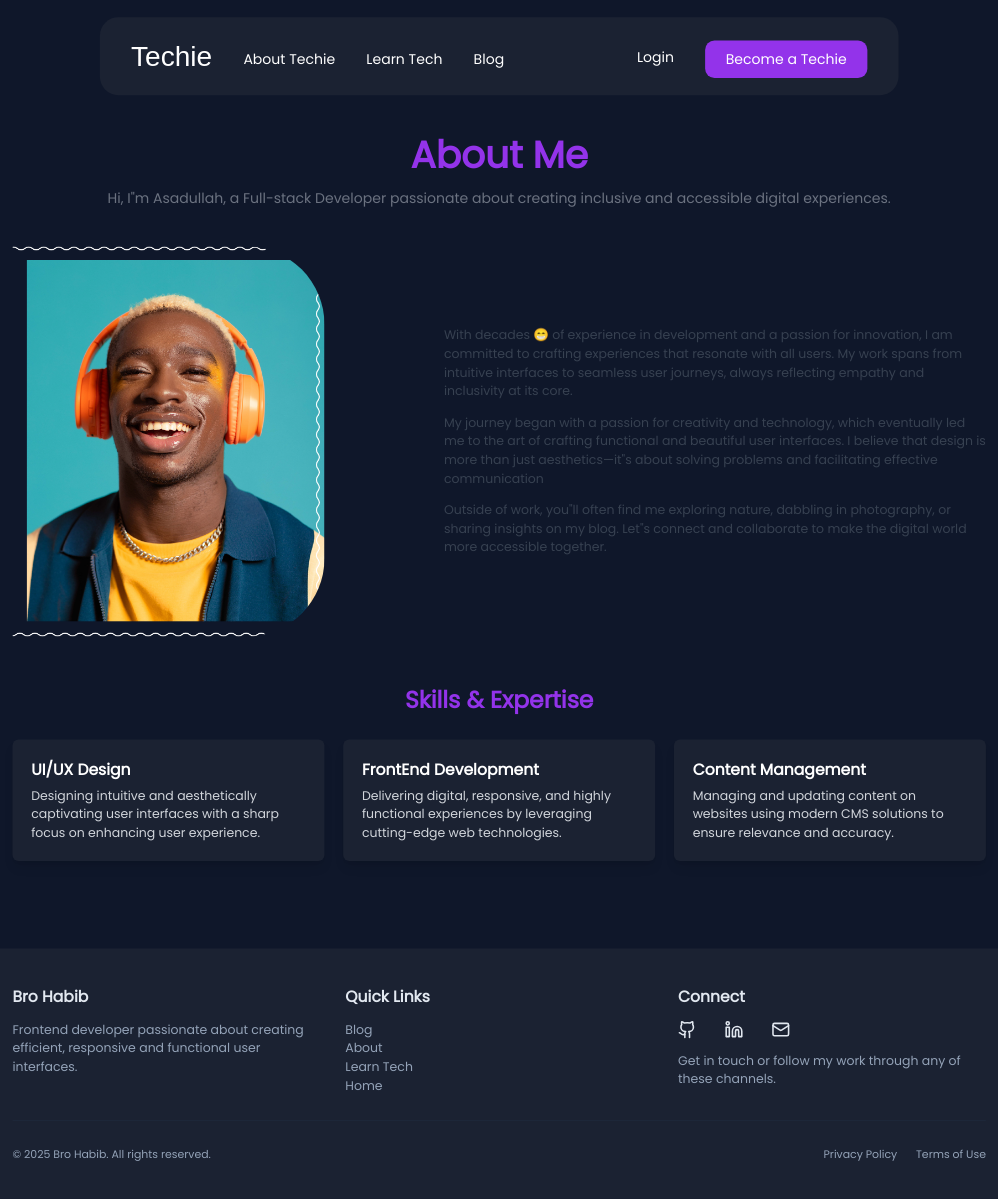
Repository: asadullah48/data-fetch
Page: /about
An editor plug-in stored every save of this project. The page is shown before and after the next save, followed by the edit.
The browser window is 1280 px wide. The pictures show the whole page, at 78% of full size.
Some web fonts or font styles are not loaded; a fallback is used. The project was rebuilt for these pictures with package versions that can differ from the ones it lists, and the page was loaded fresh each time. The framework's server and built-in components were replaced by stand-ins that run in the browser. Also part of the build but not shown: next.config.mjs.

Above is the page before, as saved 2025-01-15 12:41:15.

### src/app/layout.tsx
import type { Metadata } from "next";
import localFont from "next/font/local";
import "./globals.css";
import Navbar from "@/components/Navbar";
import { Poppins } from "next/font/google"
import Footer from "@/components/Footer";


const poppins = Poppins({
  subsets: ['latin'],
  weight: '400'
})

const geistSans = localFont({
  src: "./fonts/GeistVF.woff",
  variable: "--font-geist-sans",
  weight: "100 900",
});
const geistMono = localFont({
  src: "./fonts/GeistMonoVF.woff",
  variable: "--font-geist-mono",
  weight: "100 900",
});

export const metadata: Metadata = {
  title: "Data Fetching",
  description: "Data Fetching in a CSR and SSR",
};

export default function RootLayout({
  children,
}: Readonly<{
  children: React.ReactNode;
}>) {
  return (
    <html lang="en">
      <body
        className={`${geistSans.variable} ${geistMono.variable} ${poppins.className} bg-[#0f172a] text-white antialiased overflow-x-hidden`}
      >
        <Navbar />
        {children}
        <Footer/>
      </body>
    </html>
  );
}

### src/app/about/page.tsx
'use client';

import Image from "next/image";

export default function About() {
    return (
        <div className="container mx-auto px-4 py-8">
            <div className="text-center mb-12">
                <h1 className="text-5xl font-bold text-[#9333EA]">About Me</h1>
                <p className="text-lg text-gray-500 mt-4">
                    Hi, I&quot;m Asadullah, a Full-stack Developer passionate about creating inclusive and accessible digital experiences.
                </p>
            </div>

            <div className="flex flex-col sm:flex-row gap-8 juctify-center items-center">
                {/* Profile Image */}
                <div className="relative w-screen align-middle md:w-1/2 h-[500px] overflow-hidden">
                    <div className="w-screen align-middle rounded-[0_50px_0_50px]  overflow-hidden ">
                        {/* Using placeholder API for demo - replace src with your actual image URL */}
                        <Image
                            src="/images/myImg.jpeg"
                            width={1000}
                            height={1000}
                            alt="Professional portrait"
                            className="w-[400px] h-[500px] object-cover md:rounded-[0_100px_100px_0] absolute left-0"
                        />
                    </div>
                </div>

                {/* Description */}
                <div className="w-full md:w-2/3 text-center md:text-left">
                    <p className="text-gray-700 mb-4">
                        With decades 😁 of experience in development and a passion for innovation, I am committed to crafting experiences
                        that resonate with all users. My work spans from intuitive interfaces to seamless user journeys,
                        always reflecting empathy and inclusivity at its core.
                    </p>
                    <p className="text-gray-700 mb-4">
                    My journey began with a passion for creativity and technology, which eventually led me to the art of crafting functional and beautiful
                     user interfaces. I believe that design is more than just aesthetics—it&quot;s about solving problems and facilitating effective communication
                    </p>
                    <p className="text-gray-700">
                    Outside of work, you&quot;ll often find me exploring nature, dabbling in photography, or sharing insights on my blog.
                    Let&quot;s connect and collaborate to make the digital world more accessible together.

                    </p>
                </div>
            </div>

            {/* Skills Section */}
            <div className="mt-16">
                <h2 className="text-3xl font-bold text-[#9333EA] text-center mb-8">Skills & Expertise</h2>

                <div className="grid grid-cols-1 md:grid-cols-3 gap-6">

                    <div className="bg-[#1b2232] text-white rounded-lg shadow-lg p-6">
                        <h3 className="text-xl font-semibold mb-2">UI/UX Design</h3>
                        <p className="text-gray-300">
                        Designing intuitive and aesthetically captivating user interfaces with a sharp focus on enhancing user experience.
                        </p>
                    </div>
                    <div className="bg-[#1b2232] text-white rounded-lg shadow-lg p-6">
                        <h3 className="text-xl font-semibold mb-2">FrontEnd Development</h3>
                        <p className="text-gray-300">
                        Delivering digital, responsive, and highly functional experiences by leveraging cutting-edge web technologies.
                        </p>
                    </div>

                    <div className="bg-[#1b2232] text-white rounded-lg shadow-lg p-6">
                        <h3 className="text-xl font-semibold mb-2">Content Management</h3>
                        <p className="text-gray-300">
                            Managing and updating content on websites using modern CMS solutions to ensure relevance and accuracy.
                        </p>
                    </div>
                </div>
            </div>
        </div>
    );
}

### src/app/globals.css
@tailwind base;
@tailwind components;
@tailwind utilities;

body {
  font-family: Arial, Helvetica, sans-serif;
}

@layer utilities {
  .text-balance {
    text-wrap: balance;
  }
}

@layer base {
  :root {
    --background: 0 0% 100%;
    --foreground: 20 14.3% 4.1%;
    --card: 0 0% 100%;
    --card-foreground: 20 14.3% 4.1%;
    --popover: 0 0% 100%;
    --popover-foreground: 20 14.3% 4.1%;
    --primary: 24 9.8% 10%;
    --primary-foreground: 60 9.1% 97.8%;
    --secondary: 60 4.8% 95.9%;
    --secondary-foreground: 24 9.8% 10%;
    --muted: 60 4.8% 95.9%;
    --muted-foreground: 25 5.3% 44.7%;
    --accent: 60 4.8% 95.9%;
    --accent-foreground: 24 9.8% 10%;
    --destructive: 0 84.2% 60.2%;
    --destructive-foreground: 60 9.1% 97.8%;
    --border: 20 5.9% 90%;
    --input: 20 5.9% 90%;
    --ring: 20 14.3% 4.1%;
    --chart-1: 12 76% 61%;
    --chart-2: 173 58% 39%;
    --chart-3: 197 37% 24%;
    --chart-4: 43 74% 66%;
    --chart-5: 27 87% 67%;
    --radius: 0.5rem;
  }
  .dark {
    --background: 20 14.3% 4.1%;
    --foreground: 60 9.1% 97.8%;
    --card: 20 14.3% 4.1%;
    --card-foreground: 60 9.1% 97.8%;
    --popover: 20 14.3% 4.1%;
    --popover-foreground: 60 9.1% 97.8%;
    --primary: 60 9.1% 97.8%;
    --primary-foreground: 24 9.8% 10%;
    --secondary: 12 6.5% 15.1%;
    --secondary-foreground: 60 9.1% 97.8%;
    --muted: 12 6.5% 15.1%;
    --muted-foreground: 24 5.4% 63.9%;
    --accent: 12 6.5% 15.1%;
    --accent-foreground: 60 9.1% 97.8%;
    --destructive: 0 62.8% 30.6%;
    --destructive-foreground: 60 9.1% 97.8%;
    --border: 12 6.5% 15.1%;
    --input: 12 6.5% 15.1%;
    --ring: 24 5.7% 82.9%;
    --chart-1: 220 70% 50%;
    --chart-2: 160 60% 45%;
    --chart-3: 30 80% 55%;
    --chart-4: 280 65% 60%;
    --chart-5: 340 75% 55%;
  }
}

@layer base {
  * {
    @apply border-border;
  }
  body {
    @apply bg-background text-foreground;
  }
}

### src/components/Navbar.tsx
"use client"
import { useState } from 'react';
import { Agbalumo } from "next/font/google"
import Link from "next/link"

const agbalumo = Agbalumo({
    subsets: ['latin'],
    weight: '400'
})


export default function Navbar() {
    const [isMenuOpen, setIsMenuOpen] = useState(false);

    const toggleMenu = () => setIsMenuOpen(!isMenuOpen);

    return (
        <div className="h-[144px] w-screen flex justify-center items-center">
            <div className="h-[100px] w-full relative md:w-[80%] md:rounded-3xl bg-[#1b2232] text-white flex justify-between items-center px-10">
                {/* Logo and Links */}
                <div className="flex justify-center items-center gap-10">
                <Link href={"/"}>
                    <h1 className={`${agbalumo.className} text-4xl`}>Techie</h1>
                </Link>

                    <div className="hidden lg:flex gap-10">
                        <Link href={"/about"} className="text-lg mt-2">About Techie</Link>
                        <Link href={"/learnTech"} className="text-lg mt-2">Learn Tech</Link>
                        <Link href={"/blog"} className="text-lg mt-2">Blog</Link>
                    </div>
                </div>

                {/* Navbar Buttons */}
                <div className="hidden md:flex gap-10">
                    <Link href={"/login"} className="text-lg mt-4">Login</Link>
                    <Link href={"/signup"} className="text-lg mt-2 h-12 bg-PrimaryPurple flex justify-center items-center w-52 rounded-xl">Become a Techie</Link>
                </div>

                {/* Hamburger Menu for Mobile */}
                <div className="lg:hidden flex items-center gap-4">
                    {/* <h1 className="font-bold text-4xl">Techie</h1> */}
                    <button onClick={toggleMenu} className="text-white text-2xl">
                        {/* Hamburger Icon */}
                        {isMenuOpen ? 'X' : '☰'}
                    </button>
                </div>
            </div>

            {/* Dropdown Menu for Mobile */}
            {isMenuOpen && (
                <div className='z-50 h-screen fixed top-1/4 w-full flex justify-center items-center bg-[#1b2232]/70 backdrop-blur-md '>
                <div className=" lg:hidden  text-white  text-center py-4 flex flex-col justify-center items-start gap-5">
                    <Link href={"/about"} onClick={()=> setIsMenuOpen(false)} className="block text-lg mt-2">About Techie</Link>
                    <Link href={"/learnTech"} onClick={()=> setIsMenuOpen(false)} className="block text-lg mt-2">Learn Tech</Link>
                    <Link href={"/blog"} onClick={()=> setIsMenuOpen(false)} className="block text-lg mt-2">Blog</Link>
                    <Link href={"/login"} onClick={()=> setIsMenuOpen(false)} className="block text-lg mt-2">Login</Link>
                    <Link href={"/signup"} onClick={()=> setIsMenuOpen(false)} className=" text-lg mt-2 h-12 bg-PrimaryPurple flex justify-start pl-2 items-center w-52 rounded-xl">Become a Techie</Link>
                </div>
                </div>
            )}
        </div>
    )
}

### src/components/Footer.tsx
import React from 'react'
import { Github,  Linkedin, Mail } from 'lucide-react';
import Link from 'next/link';
export default function Footer() {
  const currentYear = new Date().getFullYear();

  return (
    <div className="bg-[#1b2232] mt-20 text-slate-200 py-12 ">
      <div className="container mx-auto px-4">
        {/* Main Footer Content */}
        <div className="grid grid-cols-1 md:grid-cols-3 gap-8 mb-8">
          {/* About Section */}
          <div>
            <h3 className="text-xl font-semibold mb-4">Bro Habib</h3>
            <p className="text-slate-400 mb-4">
              Frontend developer passionate about creating efficient, responsive and functional user interfaces.
            </p>
          </div>

          {/* Quick Links */}
          <div>
            <h3 className="text-xl font-semibold mb-4">Quick Links</h3>
            <ul className="space-y-2 text-slate-400">
              <Link href="/blog" className="hover:text-slate-200 transition-colors"><li>Blog</li>
              </Link>
              <Link href="/about" className="hover:text-slate-200 transition-colors"><li>About</li>
              </Link>
              <Link href="/learnTech" className="hover:text-slate-200 transition-colors"><li>Learn Tech</li>
              </Link>
              <Link href="/" className="hover:text-slate-200 transition-colors"><li>Home</li>
              </Link>
            </ul>
          </div>

          {/* Connect Section */}
          <div>
            <h3 className="text-xl font-semibold mb-4">Connect</h3>
            <div className="flex space-x-4 mb-4 gap-5">
              <Link href="https://github.com/Habib-bhai" className="hover:text-slate-200 transition-colors">
                <Github size={24} />
              </Link>

              <Link href="https://www.linkedin.com/in/habib007ab92282/" className="hover:text-slate-200 transition-colors">
                <Linkedin size={24} />
              </Link>

              <Link href="mailto:habibahmed918131@gmail.com" className="hover:text-slate-200 transition-colors">
                <Mail size={24} />
              </Link>

            </div>
            <p className="text-slate-400">
              Get in touch or follow my work through any of these channels.
            </p>
          </div>
        </div>

        {/* Bottom Bar */}
        <div className="pt-8 border-t border-slate-800">
          <div className="flex flex-col md:flex-row justify-between items-center space-y-4 md:space-y-0">
            <p className="text-slate-400 text-sm">
              © {currentYear} Bro Habib. All rights reserved.
            </p>
            <div className="flex space-x-6 text-sm text-slate-400">
              <a href="/privacy" className="hover:text-slate-200 transition-colors">Privacy Policy</a>
              <a href="/terms" className="hover:text-slate-200 transition-colors">Terms of Use</a>
            </div>
          </div>
        </div>
      </div>
    </div>
  )
}

### tailwind.config.ts
import type { Config } from "tailwindcss";

const config: Config = {
	darkMode: ["class"],
	content: [
		"./src/pages/**/*.{js,ts,jsx,tsx,mdx}",
		"./src/components/**/*.{js,ts,jsx,tsx,mdx}",
		"./src/app/**/*.{js,ts,jsx,tsx,mdx}",
	],
	theme: {
		extend: {

			animation: {
				'spin-slow': 'spin 3s linear infinite',
				orbit: 'orbit 1.5s linear infinite',
				// dash: 'dash 2s ease-in-out infinite',
				float: 'float 6s ease-in-out infinite',
				wave: 'wave 8s linear infinite',
				bounce: 'bounce 2s infinite',
			},
			keyframes: {
				orbit: {
					'0%': { transform: 'rotate(0deg) translateX(30px) rotate(0deg)' },
					'100%': { transform: 'rotate(360deg) translateX(30px) rotate(-360deg)' },
				},
				dash: {
					'0%': { strokeDashoffset: '880px' },
					'100%': { strokeDashoffset: '0px' },
				},
				float: {
					'0%, 100%': { transform: 'translateY(-10px)' },
					'50%': { transform: 'translateY(10px)' },
				  },
				  wave: {
					'0%': { transform: 'translateX(100%)' },
					'100%': { transform: 'translateX(-100%)' },
				  },
			},
			colors: {
				background: 'hsl(var(--background))',
				PrimaryPurple: '#9333EA',
				foreground: 'hsl(var(--foreground))',
				card: {
					DEFAULT: 'hsl(var(--card))',
					foreground: 'hsl(var(--card-foreground))'
				},
				popover: {
					DEFAULT: 'hsl(var(--popover))',
					foreground: 'hsl(var(--popover-foreground))'
				},
				primary: {
					DEFAULT: 'hsl(var(--primary))',
					foreground: 'hsl(var(--primary-foreground))'
				},
				secondary: {
					DEFAULT: 'hsl(var(--secondary))',
					foreground: 'hsl(var(--secondary-foreground))'
				},
				muted: {
					DEFAULT: 'hsl(var(--muted))',
					foreground: 'hsl(var(--muted-foreground))'
				},
				accent: {
					DEFAULT: 'hsl(var(--accent))',
					foreground: 'hsl(var(--accent-foreground))'
				},
				destructive: {
					DEFAULT: 'hsl(var(--destructive))',
					foreground: 'hsl(var(--destructive-foreground))'
				},
				border: 'hsl(var(--border))',
				input: 'hsl(var(--input))',
				ring: 'hsl(var(--ring))',
				chart: {
					'1': 'hsl(var(--chart-1))',
					'2': 'hsl(var(--chart-2))',
					'3': 'hsl(var(--chart-3))',
					'4': 'hsl(var(--chart-4))',
					'5': 'hsl(var(--chart-5))'
				}
			},
			borderRadius: {
				lg: 'var(--radius)',
				md: 'calc(var(--radius) - 2px)',
				sm: 'calc(var(--radius) - 4px)'
			}
		}
	},
	plugins: [require("tailwindcss-animate")],
};
export default config;

After the next save:
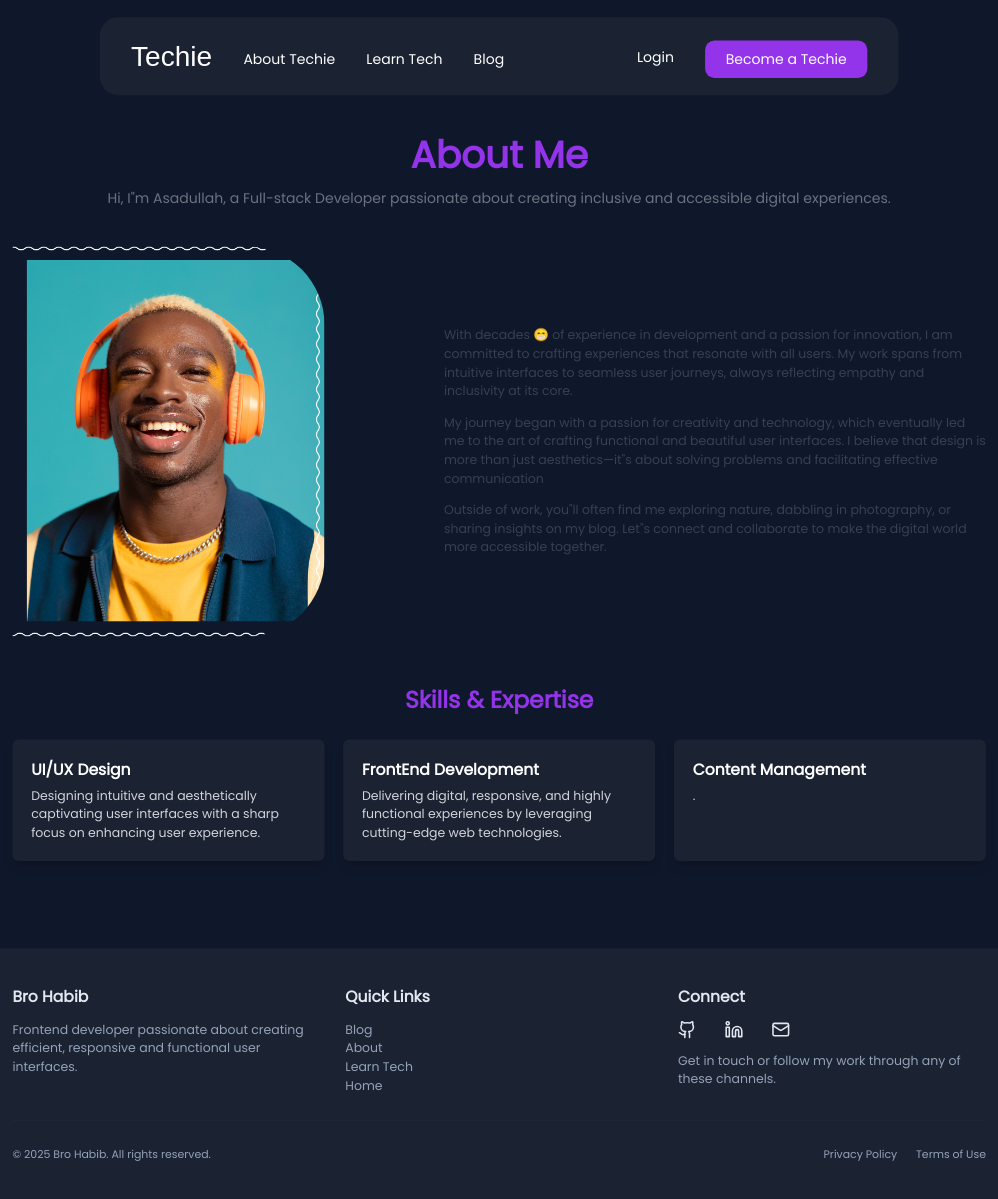
Saved 15 s later.
--- a/src/app/about/page.tsx
+++ b/src/app/about/page.tsx
@@ -68,7 +68,7 @@ export default function About() {
                     <div className="bg-[#1b2232] text-white rounded-lg shadow-lg p-6">
                         <h3 className="text-xl font-semibold mb-2">Content Management</h3>
                         <p className="text-gray-300">
-                            Managing and updating content on websites using modern CMS solutions to ensure relevance and accuracy.
+                            .
                         </p>
                     </div>
                 </div>
